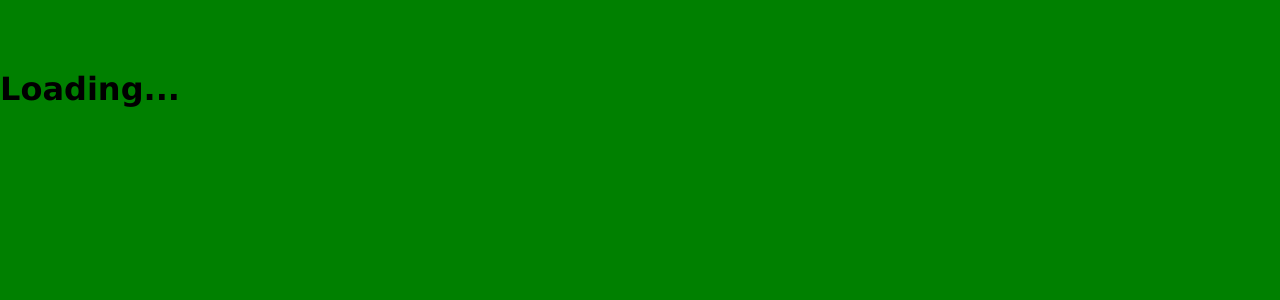
Repository: RathipriyaChandrasekaran/dotlite
Page: ConnectDots/index.html
The author's editor kept a copy of each file at every save. The page is drawn from the files as they stood at one save, then again after the next save.
The browser window is 1280 px wide. The pictures show the whole page.

Above is the page before, as saved 2014-12-13 04:24:05.

### ConnectDots/index.html
<!DOCTYPE html>
<html>
<head>
    <meta charset="utf-8" />
    <meta name="viewport" content="width=device-width, initial-scale=1.0, maximum-scale=1.0">
    <meta name="description" content="Tizen basic template generated by Tizen Web IDE"/>

    <link rel="stylesheet" type="text/css" href="css/style.css"/>
    <script src="js/main.js"></script>
    <style>

    body{

     background-color: green;
    }

    h1{
     text-style: bold;
     text-size: 20px;
     margin-top:70px;
     text-color: white;
     margin-right: 30px;
    }
    </style>
   <!--   <script>
     window.onload=timeout;
     function timeout(){
         window.setTimeout("redirect()",5000);
         }
     function redirect(){
         window.location="";
         return;
         }

    </script> -->
</head>

<body >

 <h1> Loading...</h1>




</body>
</html>

### ConnectDots/css/style.css
* {
    font-family: Lucida Sans, Arial, Helvetica, sans-serif;
}

body {
    margin: 0px auto;
}

header h1 {
    font-size: 36px;
    margin: 0px;
}

header h2 {
    font-size: 18px;
    margin: 0px;
    color: #888;
    font-style: italic;
}

nav ul {
    list-style: none;
    padding: 0px;
    display: block;
    clear: right;
    background-color: #666;
    padding-left: 4px;
    height: 24px;
}

nav ul li {
    display: inline;
    padding: 0px 20px 5px 10px;
    height: 24px;
    border-right: 1px solid #ccc;
}

nav ul li a {
    color: #EFD3D3;
    text-decoration: none;
    font-size: 13px;
    font-weight: bold;
}

nav ul li a:hover {
    color: #fff;
}

article > header h1 {
    font-size: 20px;
    margin-left: 14px;
}

article > header h1 a {
    color: #993333;
}

article > header h1 img {
    vertical-align:middle;
}

article > section header h1 {
    font-size: 16px;
}

article p {
    clear: both;
}

footer p {
    text-align: center;
    font-size: 12px;
    color: #888;
    margin-top: 24px;
}

### ConnectDots/js/main.js
var startTime;
var checkTime;

//Initialize function
var init = function () {
	// TODO:: Do your initialization job
	console.log("init() called");

	// add eventListener for tizenhwkey
	document.addEventListener('tizenhwkey', function(e) {
		if(e.keyName == "back") {
			try {
				tizen.application.getCurrentApplication().exit();
			} catch (error) {
				console.error("getCurrentApplication(): " + error.message);
			}
		}
	});
};
// window.onload can work without <body onload="">
window.onload = init;

function startTime() {
	var today = new Date();
	var h = today.getHours();

	var m = today.getMinutes();
	var s = today.getSeconds();
	m = checkTime(m);
	s = checkTime(s);
	document.getElementById('divbutton1').innerHTML="Current time: " + h + ":" + m + ":" + s;
	var t = setTimeout(startTime, 250);
}

function checkTime(i) {
	if (i < 10) {
		i="0" + i;
	}
	return i;
}

After the next save:
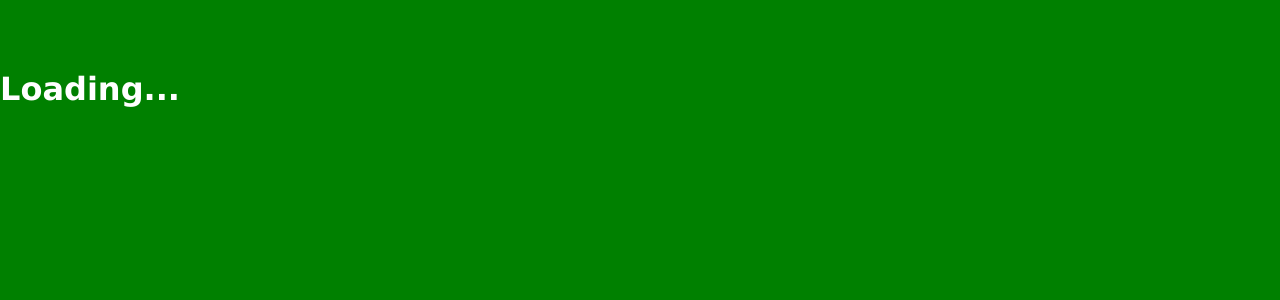
Saved 2 min 29 s later.
--- a/ConnectDots/index.html
+++ b/ConnectDots/index.html
@@ -18,7 +18,7 @@
      text-style: bold;
      text-size: 20px;
      margin-top:70px;
-     text-color: white;
+     color: white;
      margin-right: 30px;
     }
     </style>
